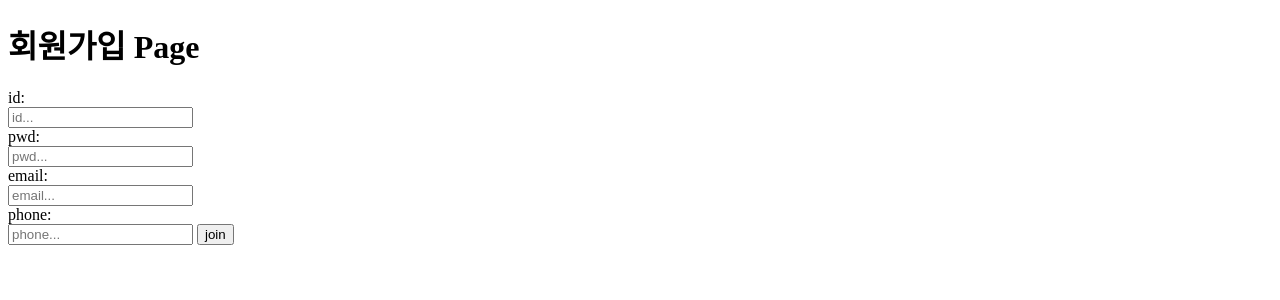
Repository: csk3830/jsp
Page: http://localhost/jsp_study/member/update.jsp
An editor plug-in stored every save of this project. The page is shown before and after the next save, followed by the edit.
The browser window is 1280 px wide. The pictures show the whole page.
The page is served by Tomcat 9. Other server files are loaded and not shown.

Above is the page before, as saved 2024-10-25 05:39:09.

### jsp_study/src/main/webapp/member/update.jsp
<%@ page language="java" contentType="text/html; charset=UTF-8"
    pageEncoding="UTF-8"%>
<!DOCTYPE html>
<html>
<head>
<meta charset="UTF-8">
<title>Insert title here</title>
</head>
<body>
	<h1>회원가입 Page</h1>

	<form action="/mem/register" method="post">
		id:<br>
		<input type="text" name="id" placeholder="id..."><br>
		pwd:<br>
		<input type="password" name="pwd" placeholder="pwd..."><br>
		email:<br>
		<input type="text" name="email" placeholder="email..."><br>
		phone:<br>
		<input type="text" name="phone" placeholder="phone...">
		<button type="submit">join</button>
	</form>
</body>
</html>

After the next save:
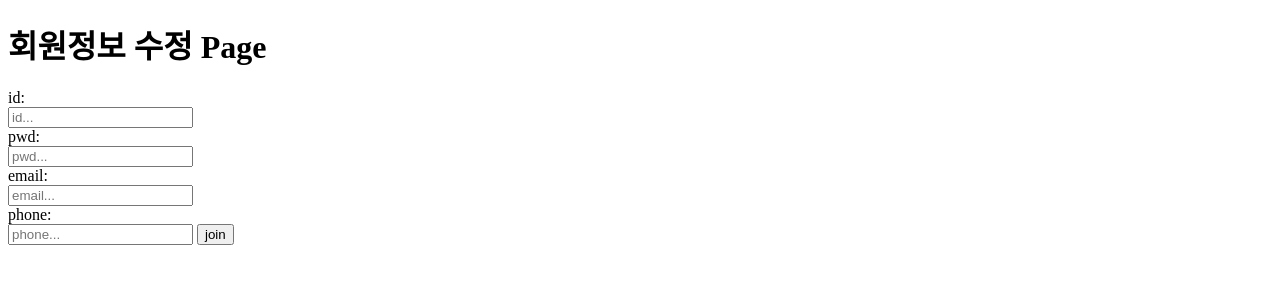
Saved 8 s later.
--- a/jsp_study/src/main/webapp/member/update.jsp
+++ b/jsp_study/src/main/webapp/member/update.jsp
@@ -7,7 +7,7 @@
 <title>Insert title here</title>
 </head>
 <body>
-	<h1>회원가입 Page</h1>
+	<h1>회원정보 수정 Page</h1>
 
 	<form action="/mem/register" method="post">
 		id:<br>
